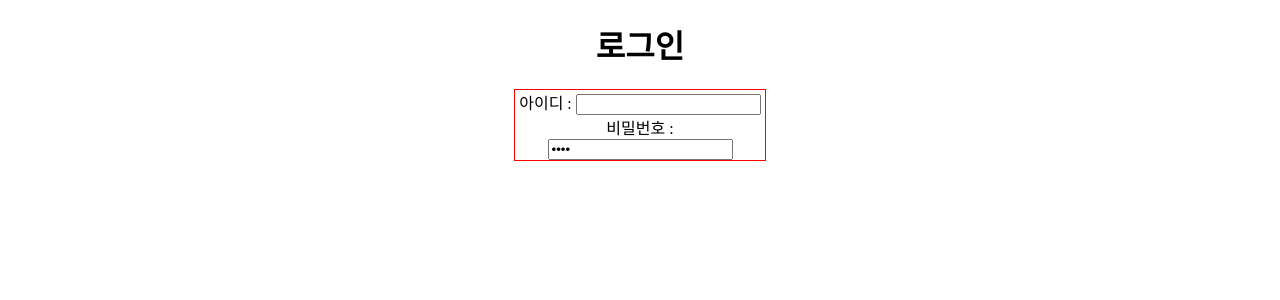
Repository: JaySurplusYoon/JSP_Servlet
Page: jsp01/WebContent/Human_info.html
These files come from the project's save history. The page is drawn as it stood at one moment and after the next save; the edit follows.
The browser window is 1280 px wide. The pictures show the whole page.

Above is the page before, as saved 2017-08-10 13:52:38.

### jsp01/WebContent/Human_info.html
<!DOCTYPE html>
<html>
<head>
<meta charset="UTF-8">
<title>회원정보</title>
<style>
	#loginFormArea{
		text-align : center;
		width : 250px;
		margin : auto;
		border : 1px solid red;
	}
	h1{
		text-align : center;
	}
</style>
</head>
<body>
	<h1>로그인</h1>
	<section id  = "loginFormArea"?>
	<form action="HI" method="get">
	<label id = "id">아이디 :</label>
		<input type= "text" name= "id" id="id"/> <br>
	<label pw = "password">비밀번호 :</label>
		<input type = "password"

	<input type="submit" value="제출버튼">
	</form>
	</section>

</body>
</html>

After the next save:
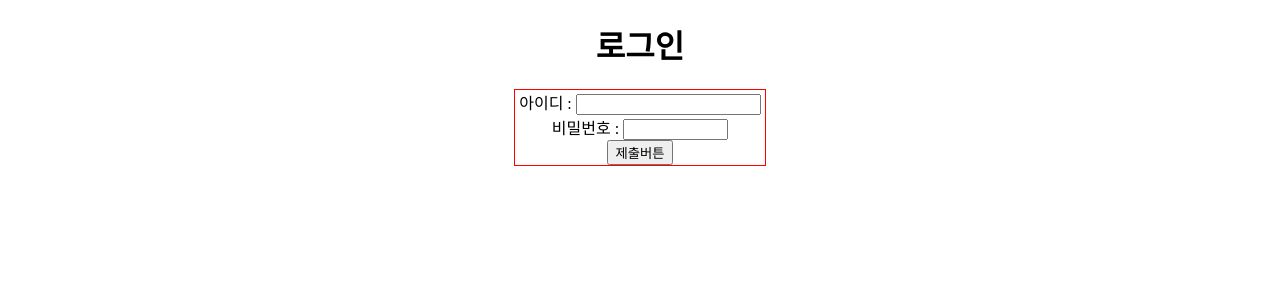
Saved 65 s later.
--- a/jsp01/WebContent/Human_info.html
+++ b/jsp01/WebContent/Human_info.html
@@ -22,7 +22,7 @@
 	<label id = "id">아이디 :</label>
 		<input type= "text" name= "id" id="id"/> <br>
 	<label pw = "password">비밀번호 :</label>
-		<input type = "password"
+		<input type = "password" name="pw" size='10'><br>
 
 	<input type="submit" value="제출버튼">
 	</form>
